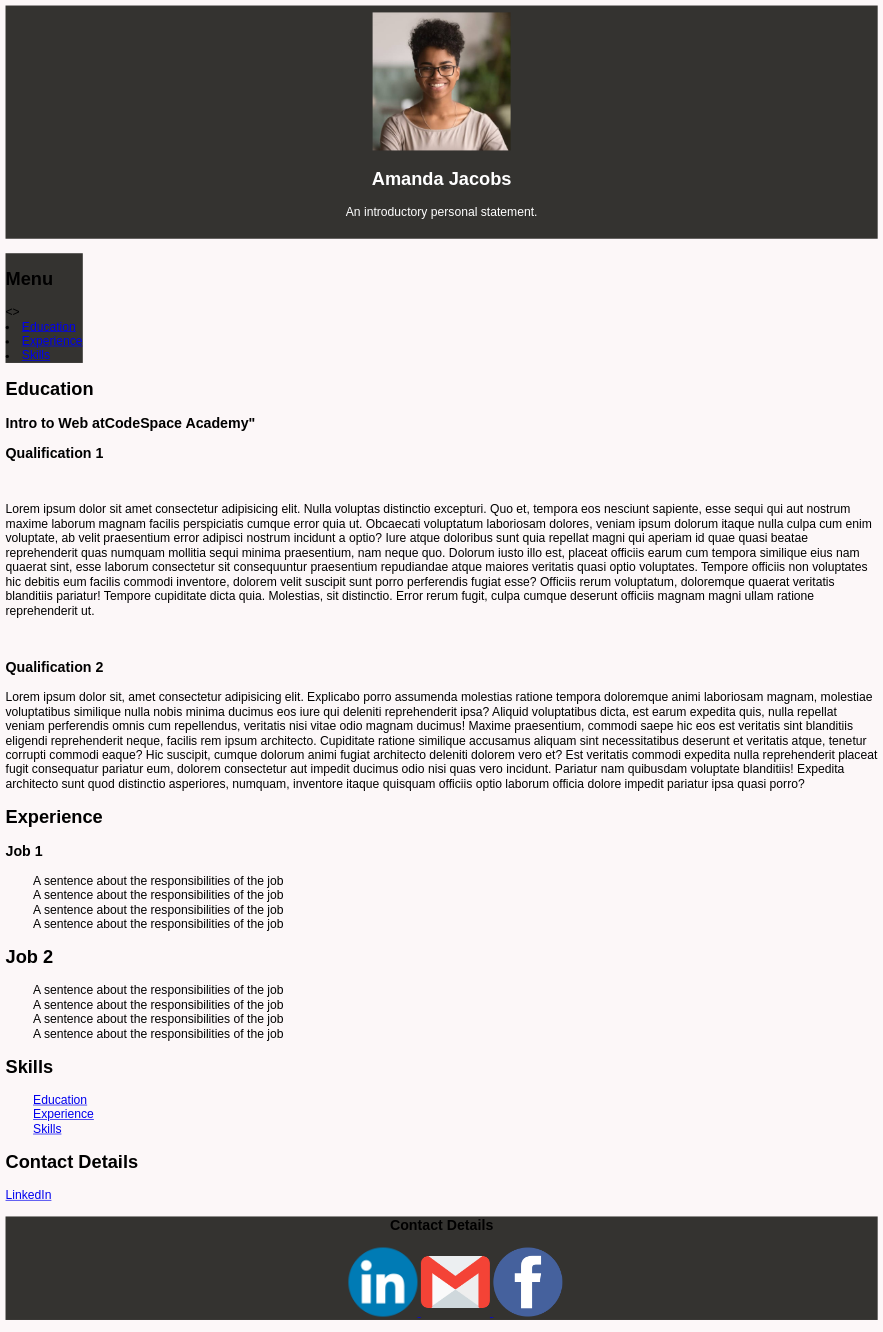
Repository: LeonardMhere/Resume-3
Page: resume `3/index.html
These files come from the project's save history. The page is drawn as it stood at one moment and after the next save; the edit follows.
The browser window is 1280 px wide. The pictures show the whole page, at 69% of full size.

Above is the page before, as saved 2023-03-23 09:19:38.

After the next save:
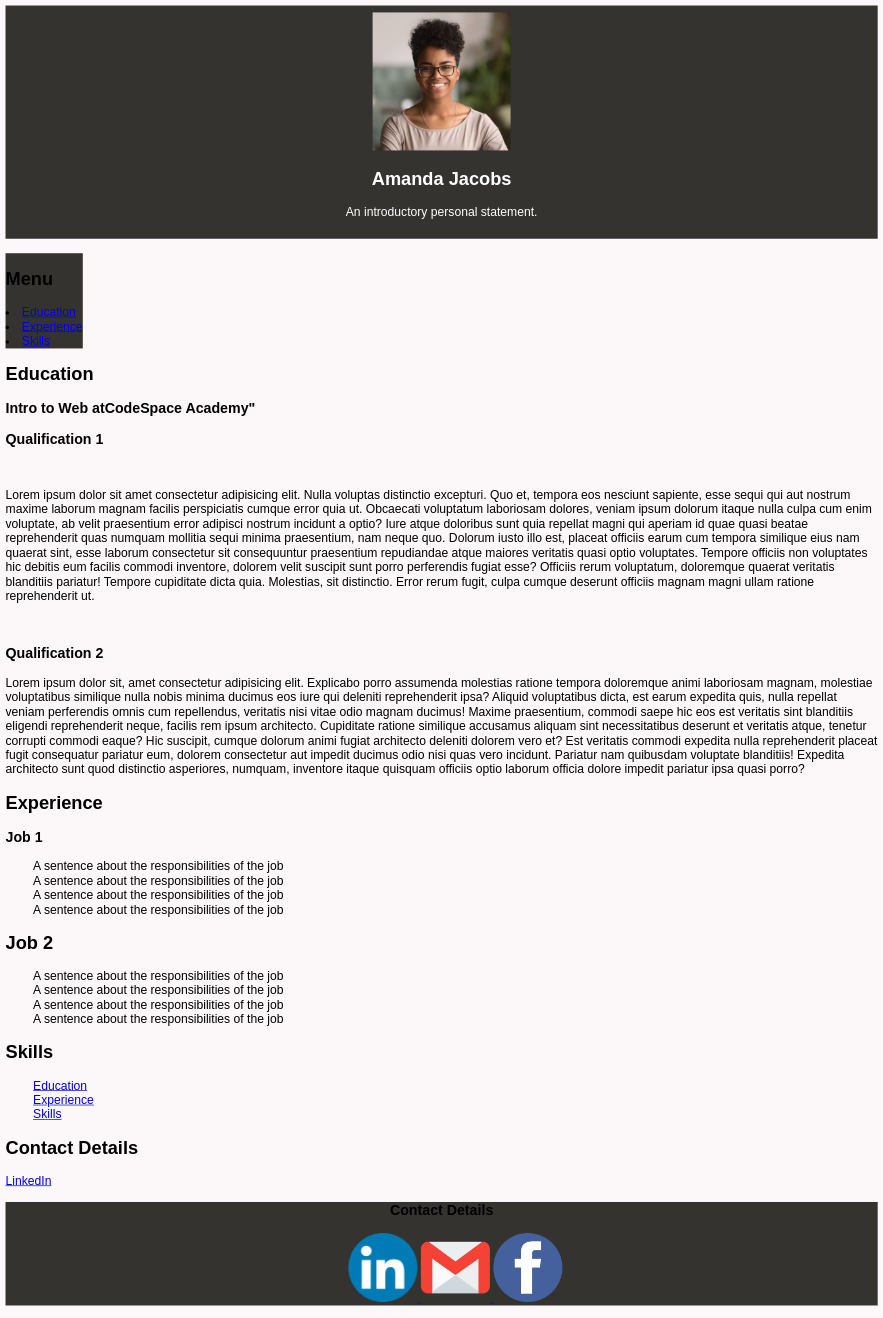
Saved 10 s later.
--- a/resume `3/index.html
+++ b/resume `3/index.html
@@ -30,7 +30,7 @@
       <nav>
         <h2>Menu</h2>
 
-    <>
+
       <li><a href="education">Education</a></li>
       <li><a href="experience">Experience</a></li>
       <li><a href="skills">Skills</a></li>
